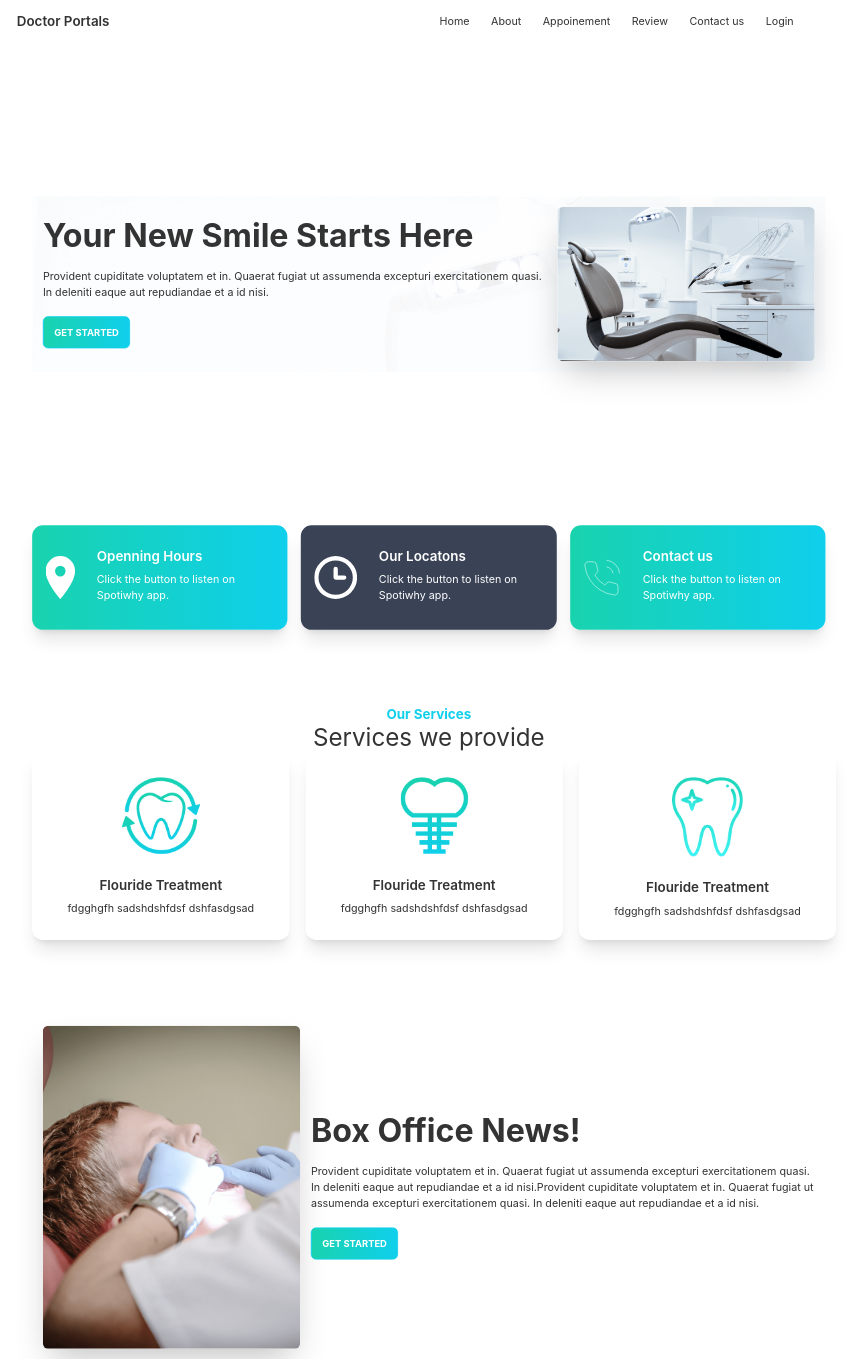
Repository: devsajid/doctors-portal-client
Page: /
These files come from the project's save history. The page is drawn as it stood at one moment and after the next save; the edit follows.
The browser window is 1280 px wide. The pictures show the whole page, at 67% of full size.
Backgrounds fixed to the window are drawn as part of the page. The project was rebuilt for these pictures with package versions that can differ from the ones it lists, and the page was loaded fresh each time. Also part of the build but not shown: src/App.css, src/Pages/About/About.js, src/Pages/Appoinment/Appoinment.js, src/Pages/Contact/Contact.js, src/Pages/Login/Login.js, src/Pages/Review/Review.js.

Above is the page before, as saved 2022-08-05 22:51:55.

### src/index.js
import React from "react";
import ReactDOM from "react-dom/client";
import "./index.css";
import App from "./App";
import reportWebVitals from "./reportWebVitals";
import { BrowserRouter } from "react-router-dom";
const root = ReactDOM.createRoot(document.getElementById("root"));
root.render(
  <React.StrictMode>
    <BrowserRouter>
      <App />
    </BrowserRouter>
  </React.StrictMode>
);

reportWebVitals();

### src/App.js
import "./App.css";
import Navbar from "./Pages/Home/Share/Navbar/Navbar";
import { Routes, Route } from "react-router-dom";
import Home from "./Pages/Home/Home";
import About from "./Pages/About/About";
import Appoinement from "./Pages/Appoinment/Appoinment";
import Contact from "./Pages/Contact/Contact";
import Login from "./Pages/Login/Login";
import Review from "./Pages/Review/Review";
function App() {
  return (
    <div>
      <Navbar></Navbar>
      <Routes>
        <Route path="/" element={<Home />} />
        <Route path="about" element={<About />} />
        <Route path="appoinement" element={<Appoinement />} />
        <Route path="contact" element={<Contact />} />
        <Route path="login" element={<Login />} />
        <Route path="review" element={<Review />} />
      </Routes>
    </div>
  );
}

export default App;

### src/Pages/Home/Share/Navbar/Navbar.js
import React from "react";
import { Link } from "react-router-dom";

const Navbar = () => {
  const menuItem = (
    <>
      {" "}
      <li>
        <Link to="/">Home</Link>
      </li>
      <li>
        <Link to="about">About</Link>
      </li>
      <li>
        <Link to="appoinement">Appoinement</Link>
      </li>
      <li>
        <Link to="review">Review</Link>
      </li>
      <li>
        <Link to="contact">Contact us</Link>
      </li>
      <li>
        <Link to="login">Login</Link>
      </li>
    </>
  );
  return (
    <div>
      <div class="navbar   bg-base-100">
        <div class="navbar-start">
          <div class="dropdown">
            <label tabindex="0" class="btn btn-ghost lg:hidden">
              <svg
                xmlns="http://www.w3.org/2000/svg"
                class="h-5 w-5"
                fill="none"
                viewBox="0 0 24 24"
                stroke="currentColor"
              >
                <path
                  stroke-linecap="round"
                  stroke-linejoin="round"
                  stroke-width="2"
                  d="M4 6h16M4 12h8m-8 6h16"
                />
              </svg>
            </label>
            <ul
              tabindex="0"
              class="menu menu-compact dropdown-content mt-3 p-2 shadow bg-base-100 rounded-box w-52"
            >
              {menuItem}
            </ul>
          </div>
          <a class="btn btn-ghost normal-case text-xl">Doctor Portals</a>
        </div>
        <div class="navbar-center hidden lg:flex">
          <ul class="menu menu-horizontal p-0">{menuItem}</ul>
        </div>
      </div>
    </div>
  );
};

export default Navbar;

### src/Pages/Home/Home.js
import React from "react";
import Services from "../Services/Services";
import Terms from "../Terms/Terms";
import Banner from "./Banner/Banner";
import Info from "./Info/Info";

const Home = () => {
  return (
    <div className="px-12">
      <Banner></Banner>
      <Info></Info>
      <Services></Services>
      <Terms></Terms>
    </div>
  );
};

export default Home;

### src/Pages/Services/Services.js
import React from "react";
import fluoride from "../../assets/images/fluoride.png";
import cavity from "../../assets/images/cavity.png";
import whitening from "../../assets/images/whitening.png";
import Service from "./Service";
const Services = () => {
  const services = [
    {
      _id: 1,
      name: "Flouride Treatment",
      description: "fdgghgfh sadshdshfdsf dshfasdgsad",
      img: fluoride,
    },
    {
      _id: 2,
      name: "Flouride Treatment",
      description: "fdgghgfh sadshdshfdsf dshfasdgsad",
      img: cavity,
    },
    {
      _id: 3,
      name: "Flouride Treatment",
      description: "fdgghgfh sadshdshfdsf dshfasdgsad",
      img: whitening,
    },
  ];
  return (
    <div className="my-28">
      <div className="text-center">
        <h3 className="text-primary text-xl font-bold upparecase">
          Our Services
        </h3>
        <h1 className="text-4xl">Services we provide</h1>
      </div>
      <div className="grid sm:grid-cols-1 md:grid-cols-2 lg:grid-cols-3 gap-10">
        {" "}
        {services.map((service) => (
          <Service key={service._id} service={service}></Service>
        ))}
      </div>
    </div>
  );
};

export default Services;

### src/Pages/Terms/Terms.js
import React from "react";
import treatment from "../../assets/images/treatment.png";
import PrimaryButton from "../Home/Share/Navbar/PrimaryButton/PrimaryButton";
const Terms = () => {
  return (
    <div class="hero">
      <div class="hero-content pl-30 flex-col lg:flex-row pl-90">
        <img
          src={treatment}
          class="max-w-sm rounded-lg shadow-2xl"
          alt="treatmaent"
        />
        <div>
          <h1 class="text-5xl font-bold">Box Office News!</h1>
          <p class="py-6">
            Provident cupiditate voluptatem et in. Quaerat fugiat ut assumenda
            excepturi exercitationem quasi. In deleniti eaque aut repudiandae et
            a id nisi.Provident cupiditate voluptatem et in. Quaerat fugiat ut
            assumenda excepturi exercitationem quasi. In deleniti eaque aut
            repudiandae et a id nisi.
          </p>
          <PrimaryButton></PrimaryButton>
        </div>
      </div>
    </div>
  );
};

export default Terms;

### src/Pages/Home/Banner/Banner.js
import React from "react";
import chair from "../../../assets/images/chair.png";
import bg from "../../../assets/images/bg.png";
import PrimaryButton from "../Share/Navbar/PrimaryButton/PrimaryButton";
const Banner = () => {
  return (
    <div>
      <div class="hero min-h-screen ">
        <div
          class="hero-content bg-fixed flex-col lg:flex-row-reverse"
          style={{ backgroundImage: `url(${bg})` }}
        >
          <img src={chair} class="max-w-sm rounded-lg shadow-2xl" />
          <div>
            <h1 class="text-5xl font-bold">Your New Smile Starts Here</h1>
            <p class="py-6">
              Provident cupiditate voluptatem et in. Quaerat fugiat ut assumenda
              excepturi exercitationem quasi. In deleniti eaque aut repudiandae
              et a id nisi.
            </p>
            <PrimaryButton></PrimaryButton>
          </div>
        </div>
      </div>
    </div>
  );
};

export default Banner;

### src/Pages/Home/Info/Info.js
import React from "react";
import InfoCard from "../Info/InfoCard";
import clock from "../../../assets/icons/clock.svg";
import marker from "../../../assets/icons/marker.svg";
import phone from "../../../assets/icons/phone.svg";
const Info = () => {
  return (
    <div className="grid grid-cols-1 lg:grid-cols-3 gap-5 ">
      <InfoCard
        cardTitle="Openning Hours"
        bgClass="bg-gradient-to-r from-secondary to-primary"
        img={marker}
      ></InfoCard>
      <InfoCard
        cardTitle="Our Locatons"
        bgClass="bg-accent"
        img={clock}
      ></InfoCard>
      <InfoCard
        cardTitle="Contact us"
        bgClass="bg-gradient-to-r from-secondary to-primary"
        img={phone}
      ></InfoCard>
    </div>
  );
};

export default Info;

### src/Pages/Services/Service.js
import React from "react";

const Service = ({ service }) => {
  return (
    <div class="card lg:max-w-lg w-96 bg-base-100 shadow-xl">
      <figure class="px-10 pt-10">
        <img src={service.img} alt="Shoes" class="rounded-xl" />
      </figure>
      <div class="card-body items-center text-center">
        <h2 class="card-title">{service.name}</h2>
        <p>{service.description}</p>
      </div>
    </div>
  );
};

export default Service;

### src/Pages/Home/Share/Navbar/PrimaryButton/PrimaryButton.js
import React from "react";

const PrimaryButton = () => {
  return (
    <div>
      <button class="btn btn-primary uppercase text-white font-bold bg-gradient-to-r from-secondary to-primary">
        Get Started
      </button>{" "}
    </div>
  );
};

export default PrimaryButton;

### src/Pages/Home/Info/InfoCard.js
import React from "react";

const InfoCard = ({ img, cardTitle, bgClass }) => {
  return (
    <div class={`card lg:card-side shadow-xl ${bgClass}`}>
      <figure className="pl-5">
        <img src={img} alt="Album" />
      </figure>
      <div class="card-body text-white">
        <h2 class="card-title">{cardTitle}</h2>
        <p>Click the button to listen on Spotiwhy app.</p>
        <div class="card-actions justify-end"></div>
      </div>
    </div>
  );
};

export default InfoCard;

### tailwind.config.js
/** @type {import('tailwindcss').Config} */
module.exports = {
  content: ["./src/**/*.{html,js}"],
  theme: {
    extend: {},
  },
  daisyui: {
    themes: [
      {
        doctortheme: {
          primary: "#0fcfec",
          secondary: "#19D3AE",
          accent: "#3A4256",
          neutral: "#3d4451",
          "base-100": "#ffffff",
        },
      },
      "dark",
      "cupcake",
    ],
  },
  plugins: [require("daisyui")],
};

Loaded but not shown: public/index.html (common file); src/index.css (common file); src/reportWebVitals.js (common file)

After the next save:
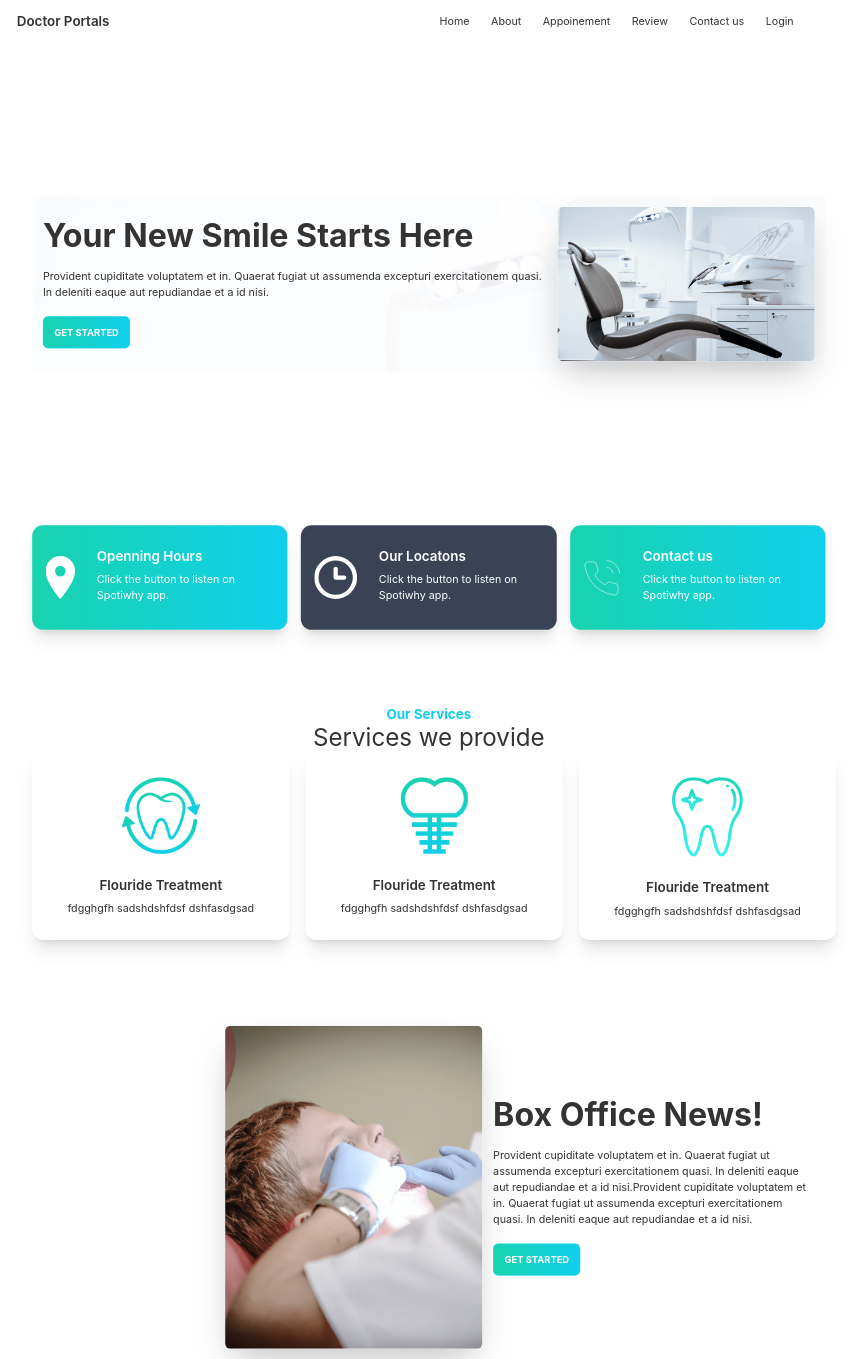
Saved 18 s later.
--- a/src/Pages/Terms/Terms.js
+++ b/src/Pages/Terms/Terms.js
@@ -4,7 +4,7 @@
 const Terms = () => {
   return (
     <div class="hero">
-      <div class="hero-content pl-30 flex-col lg:flex-row pl-90">
+      <div class="hero-content pl-30 flex-col lg:flex-row pl-72">
         <img
           src={treatment}
           class="max-w-sm rounded-lg shadow-2xl"
